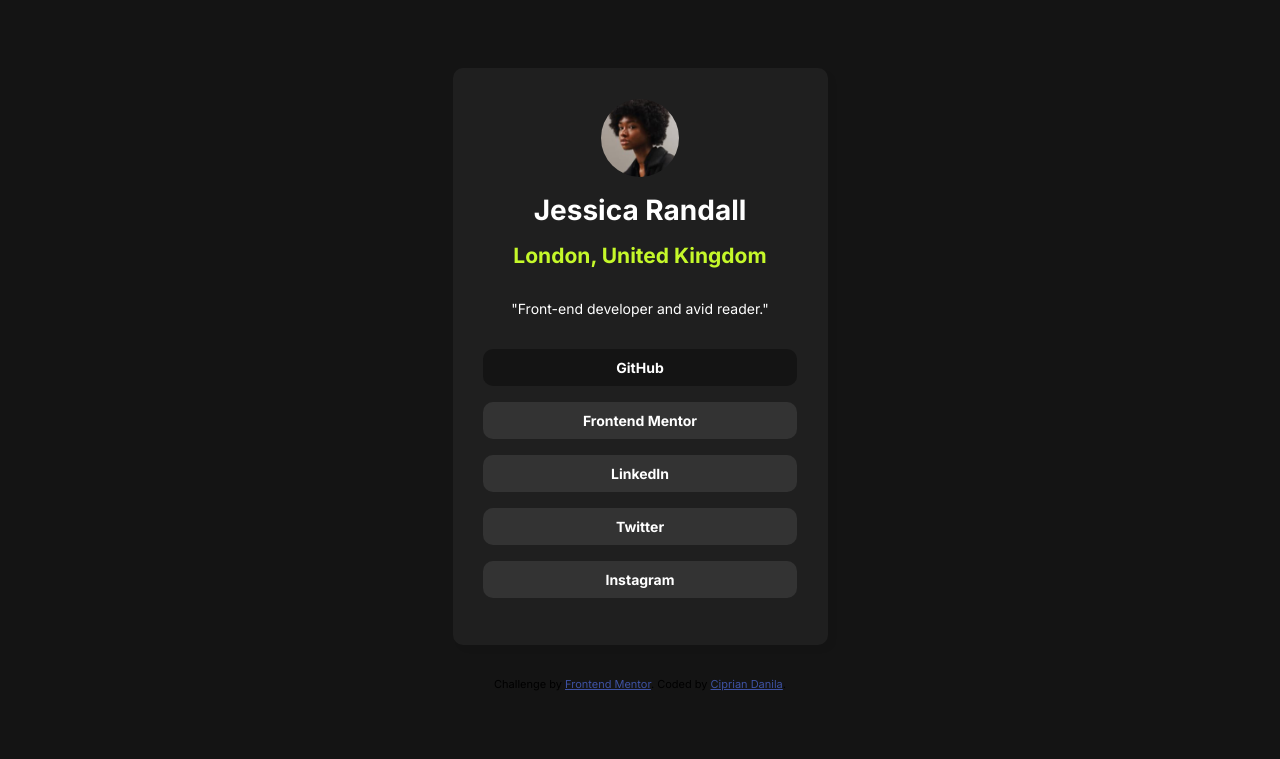
Repository: cipdanila/social-links-profile
Page: index.html
An editor plug-in stored every save of this project. The page is shown before and after the next save, followed by the edit.
The browser window is 1280 px wide. The pictures show the whole page.
The pointer rests on the first visible `.container a`.

Above is the page before, as saved 2024-01-20 18:22:34.

### index.html
<!DOCTYPE html>
<html lang="en">
    <head>
        <meta charset="UTF-8" />
        <meta name="viewport" content="width=device-width, initial-scale=1.0" />
        <!-- displays site properly based on user's device -->

        <link rel="icon" type="image/png" sizes="32x32" href="./assets/images/favicon-32x32.png" />
        <link rel="stylesheet" href="styles.css" />

        <title>Frontend Mentor | Social links profile</title>
    </head>
    <body>
        <main>
            <div class="container">
                <img src="./assets/images/avatar-jessica.jpeg" alt="avatar-jessica" />
                <h1>Jessica Randall</h1>
                <h2>London, United Kingdom</h2>
                <p>"Front-end developer and avid reader."</p>
                <a href="https://github.com/" target="_blank" rel="noopener noreferrer">GitHub</a>
                <a href="https://www.frontendmentor.io" target="_blank" rel="noopener noreferrer">Frontend Mentor</a>
                <a href="https://www.linkedin.com/" target="_blank" rel="noopener noreferrer">LinkedIn</a>
                <a href="https://twitter.com/" target="_blank" rel="noopener noreferrer">Twitter</a>
                <a href="https://www.instagram.com/" target="_blank" rel="noopener noreferrer">Instagram</a>
            </div>
        </main>

        <footer>
            <div class="attribution">
                Challenge by <a href="https://www.frontendmentor.io?ref=challenge" target="_blank" rel="noopener">Frontend Mentor</a>.
                Coded by <a href="https://github.com/cipdanila" target="_blank" rel="noopener noreferrer">Ciprian Danila</a>.
            </div>
        </footer>
    </body>
</html>

### styles.css
@import url("https://fonts.googleapis.com/css2?family=Inter:wght@400;600;700&display=swap");

* {
    margin: 0;
    padding: 0;
    box-sizing: border-box;
}

:root {
    --white: hsl(0, 0%, 100%);
    --grey: hsl(0, 0%, 20%);
    --dark-grey: hsl(0, 0%, 12%);
    --off-black: hsl(0, 0%, 8%);
    --green: hsl(75, 94%, 57%);
}

body {
    font-family: "Inter", sans-serif;
    font-size: 14px;
    background-color: var(--off-black);
    display: flex;
    flex-direction: column;
    align-items: center;
    justify-content: center;
    height: calc(100vh - 1px);
    margin: 1.25rem;
}

img {
    max-width: 25%;
}

.container {
    background-color: var(--dark-grey);
    padding: 1.90rem;
    border-radius: 0.625rem;
    box-shadow: 5px 5px 5px rgba(0, 0, 0, 0.05);
    display: flex;
    flex-direction: column;
    align-items: center;
    margin-bottom: 2rem;
}

.container img {
    border-radius: 50%;
    margin-bottom: 1rem;
}

.container h1 {
    color: var(--white);
    text-align: center;
    margin-bottom: 1rem;
}

.container h2 {
    color: var(--green);
    text-align: center;
    margin-bottom: 2rem;
}

.container p {
    color: var(--white);
    text-align: center;
    margin-bottom: 2rem;
}

.container a:link, .container a:visited {
    background-color: var(--grey);
    color: var(--white);
    width: 100%;
    font-weight: bold;
    padding: 10px 30px;
    text-align: center;
    text-decoration: none;
    display: block;
    margin-bottom: 1rem;
    border-radius: 0.625rem;
}

.container a:hover {
    background-color: var(--off-black);
}

.attribution {
    font-size: 11px;
    text-align: center;
}
.attribution a {
    color: hsl(228, 45%, 44%);
}

@media (min-width: 375px) {
    .container {
        width: 375px;
    }
}

After the next save:
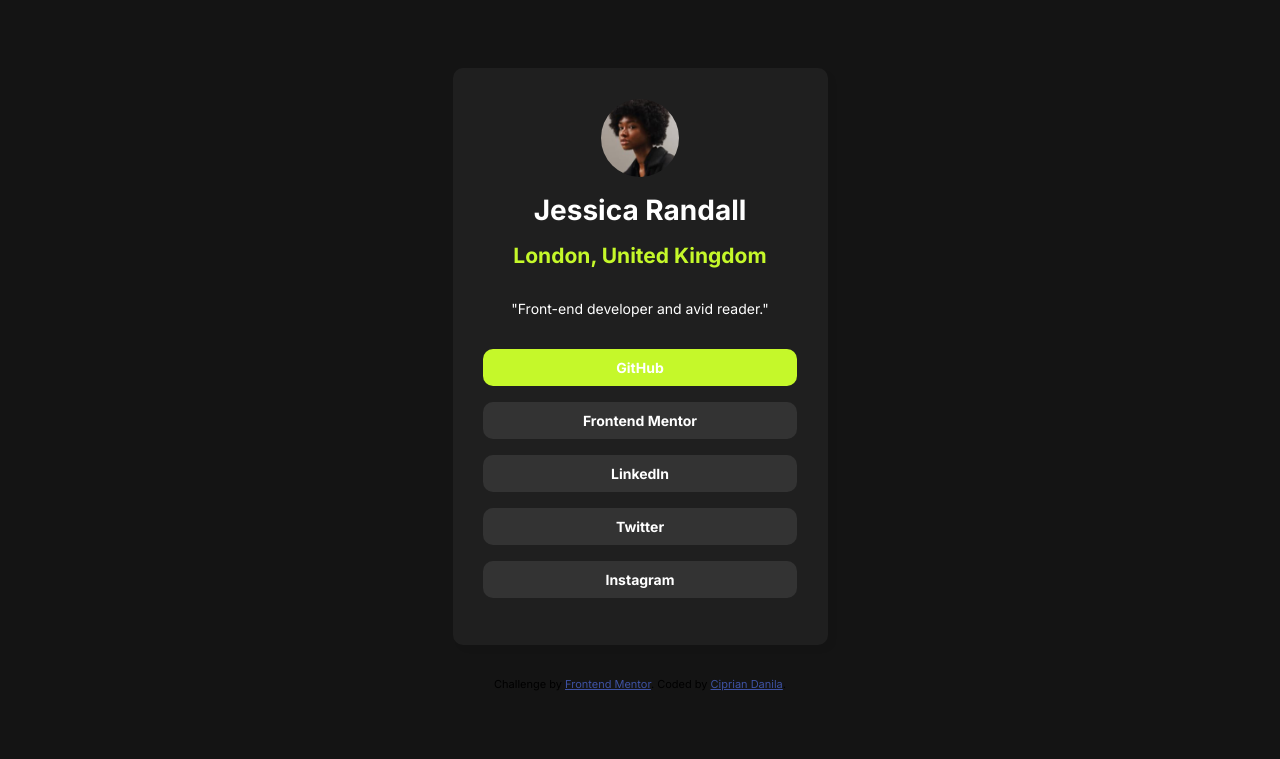
Saved 20 h 20 min later.
--- a/styles.css
+++ b/styles.css
@@ -78,7 +78,7 @@
 }
 
 .container a:hover {
-    background-color: var(--off-black);
+    background-color: var(--green);
 }
 
 .attribution {
